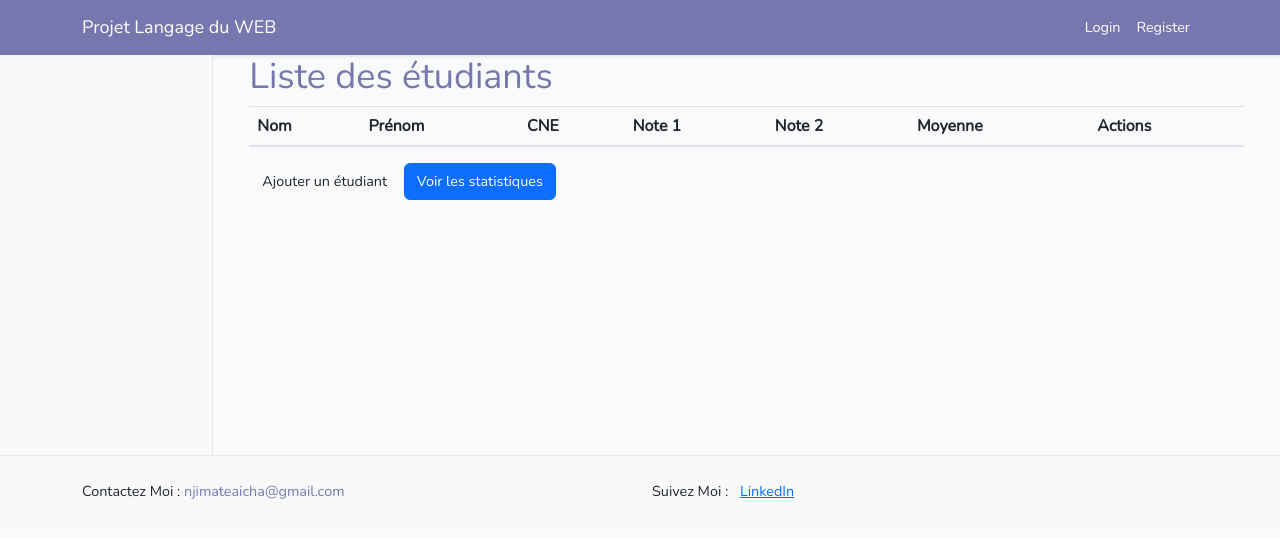
Repository: NjimateAicha/LaravelWeb
Page: http://localhost/etudiant
The author's editor kept a copy of each file at every save. The page is drawn from the files as they stood at one save, then again after a run of saves.
The browser window is 1280 px wide. The pictures show the whole page.
Some web libraries are served in a nearby version. The page is served by the project's Laravel application, run on PHP 8.4 with Laravel 9. Style sheets and scripts are compiled from the project's sources, by tool versions that may differ from the author's. Queries for data that is not in the repository find no rows.

Above is the page before, as saved 2024-05-19 18:08:23.

After the next 3 saves:
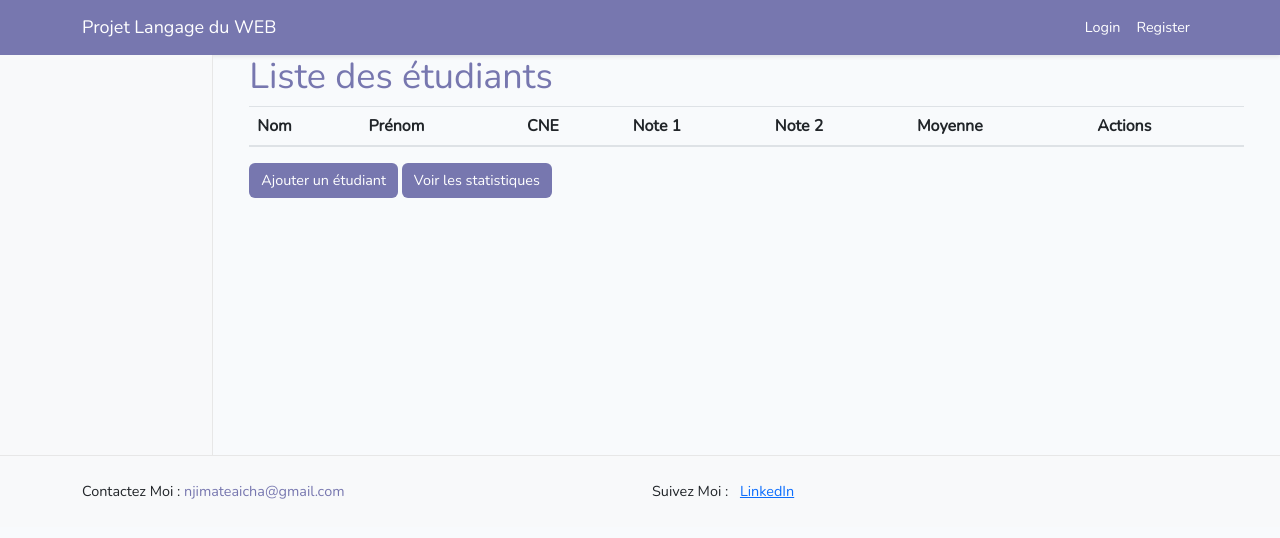
The 3 saves are shown as one change because they came seconds apart.
The last was saved 13 s later.
--- a/resources/views/etudiant/index.blade.php
+++ b/resources/views/etudiant/index.blade.php
@@ -57,9 +57,9 @@
                 @endforeach
             </tbody>
         </table>
-        <a href="{{ route('etudiant.create') }}" class="btn ">Ajouter un étudiant</a>
+        <a href="{{ route('etudiant.create') }}" class="btn custom-btn ">Ajouter un étudiant</a>
 
-        <a href="{{ route('charts.index') }}" class="btn btn-primary">Voir les statistiques </a>
+        <a href="{{ route('charts.index') }}" class="btn custom-btn">Voir les statistiques </a>
 
     </div>
 @endsection
